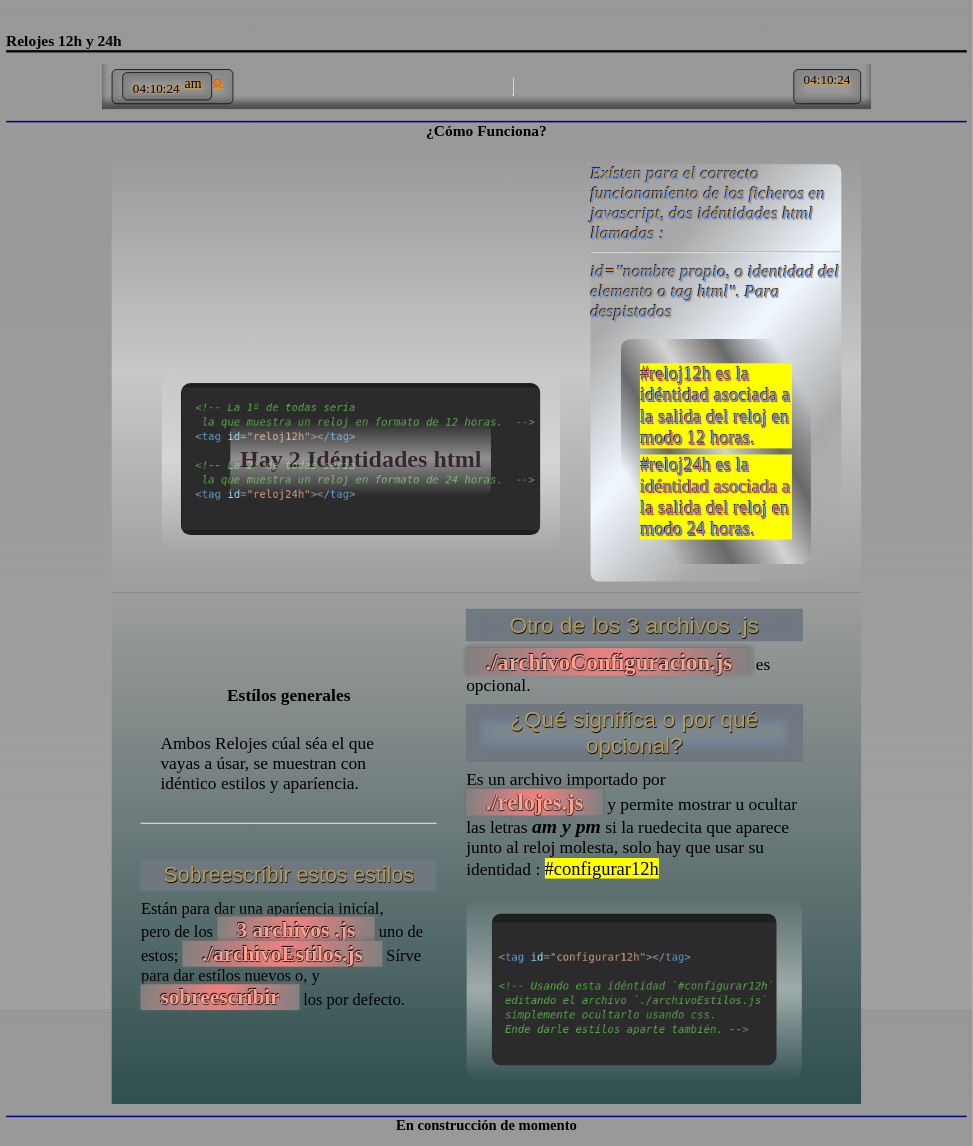
Repository: marcostonfor/clocks
Page: index.html
The author's editor kept a copy of each file at every save. The page is drawn from the files as they stood at one save, then again after the next save.
The browser window is 1280 px wide. The pictures show the whole page, at 76% of full size.
Some web fonts or font styles are not loaded; a fallback is used.

Above is the page before, as saved 2024-09-19 04:18:15.

After the next save:
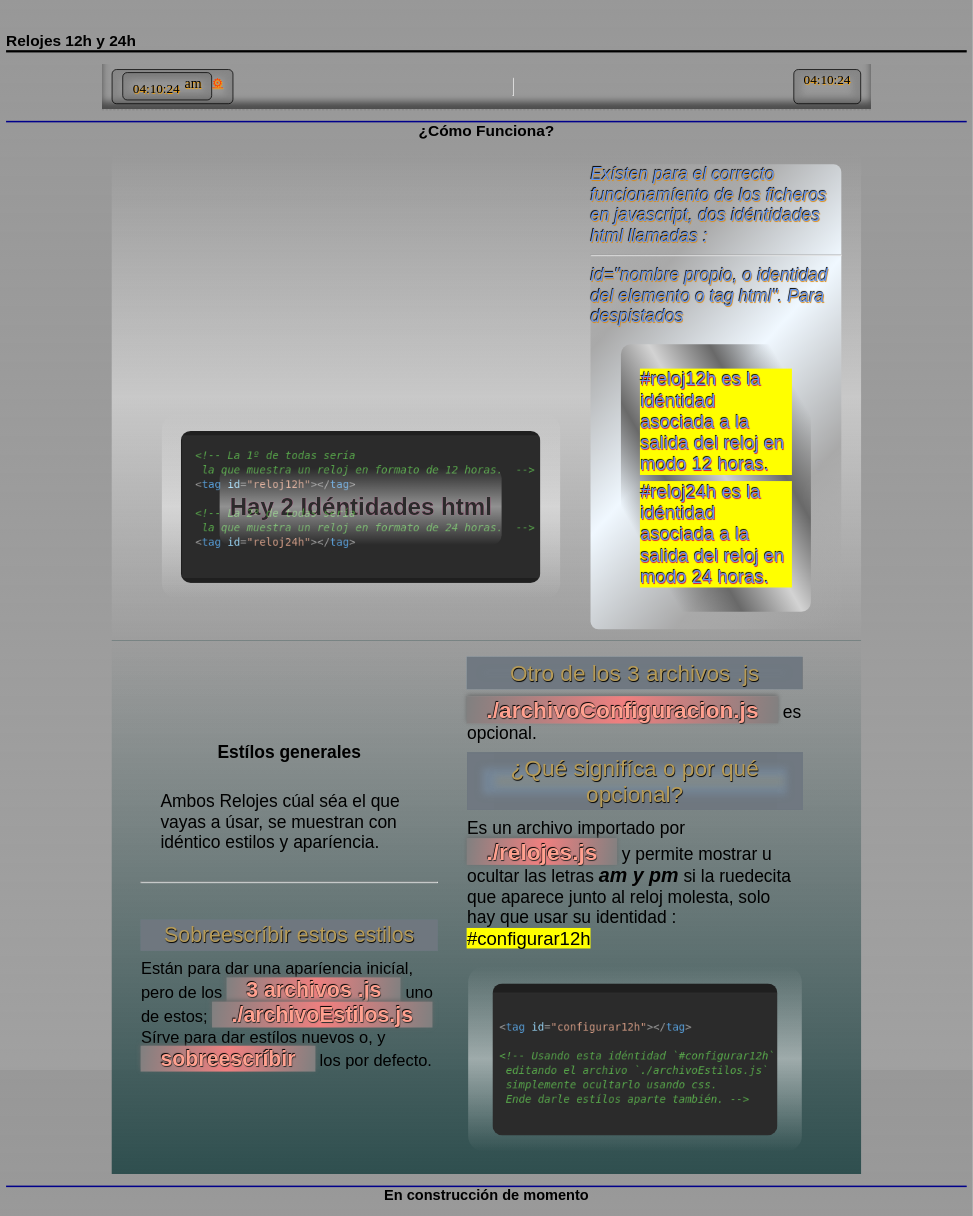
Saved 4 s later.
--- a/index.html
+++ b/index.html
@@ -20,7 +20,7 @@
         body {
             background-image: repeating-linear-gradient(0deg, hsla(0, 0%, 41%, 0.63) 12%, hsla(0, 0%, 0%, 0.404));
             /* font-family: 'i Ichimaru', sans-serif; */
-            font-family: 'Nahista', ;
+            font-family: 'Nahista', sans-serif;
         }
 
         h1 {
